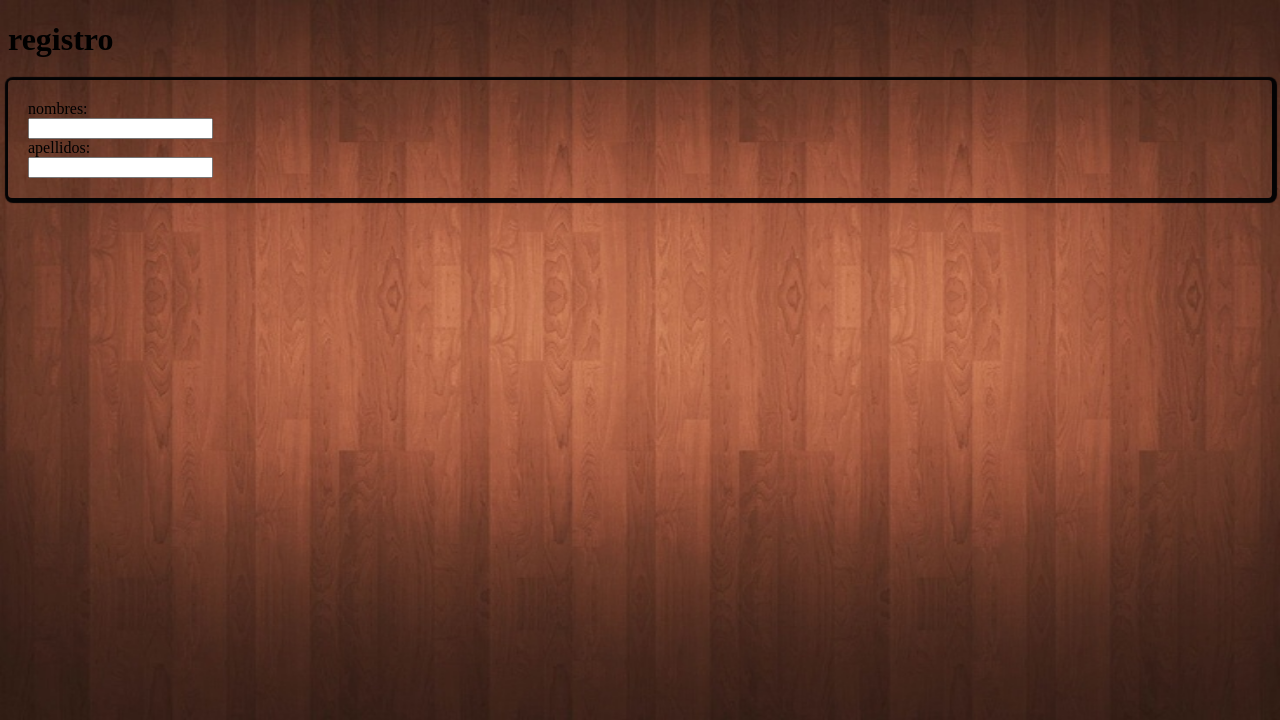
Repository: ye909/aplicacion_restaurante
Page: public/templeis/registro.html
An editor plug-in stored every save of this project. The page is shown before and after the next save, followed by the edit.
The browser window is 1280 px wide. The pictures show the whole page.

Above is the page before, as saved 2024-11-12 21:33:02.

After the next save:
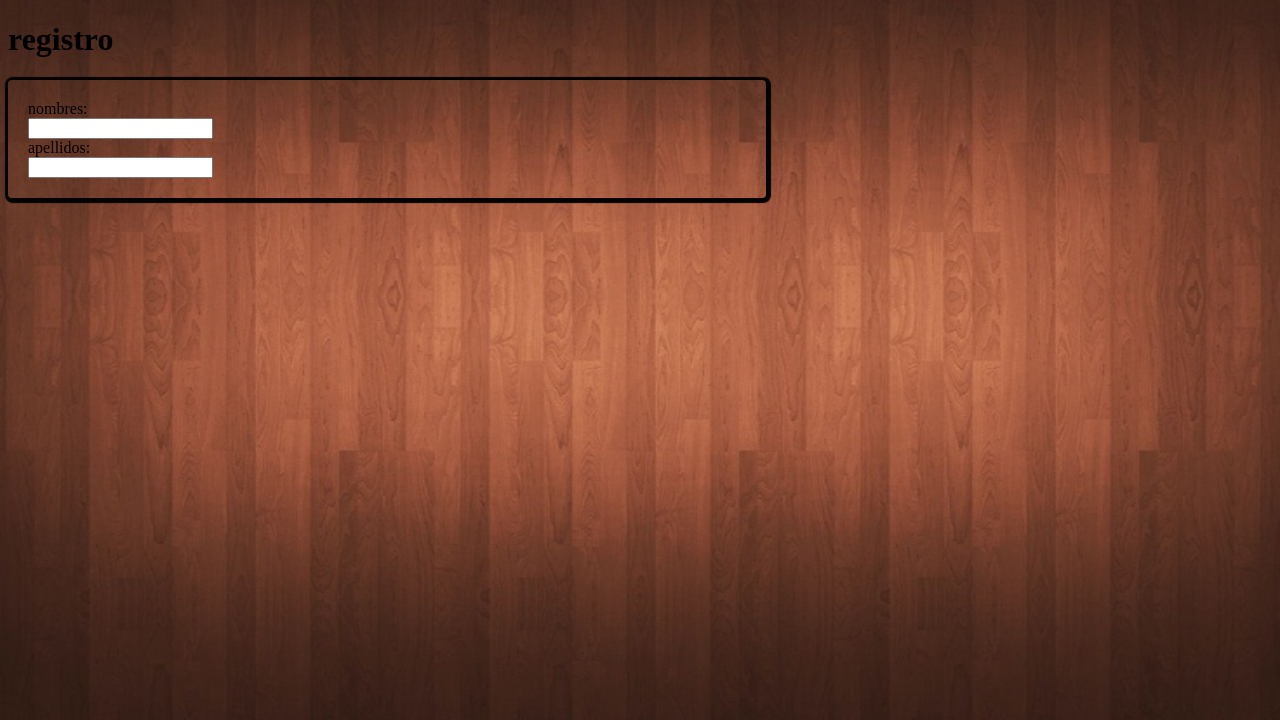
Saved 57 s later.
--- a/public/css/registro.css
+++ b/public/css/registro.css
@@ -7,17 +7,11 @@ body{
     background-repeat:no-repeat;
     background-size: 100% 100%;
 }
-/* .container_regitro{
-display: flex;
-justify-content: center;
-align-items: center;
-margin-top: 50px;
+.container_registro{
+    width: 60%;
+}
+form{
 
-
-} */
-form{
-    /* background:rgba(0, 0, 0,0.6);
-    width: 900px; */
     padding: 20px;
 
   box-shadow: rgb(3, 3, 4) 1px 1px 1px 4px   ;
